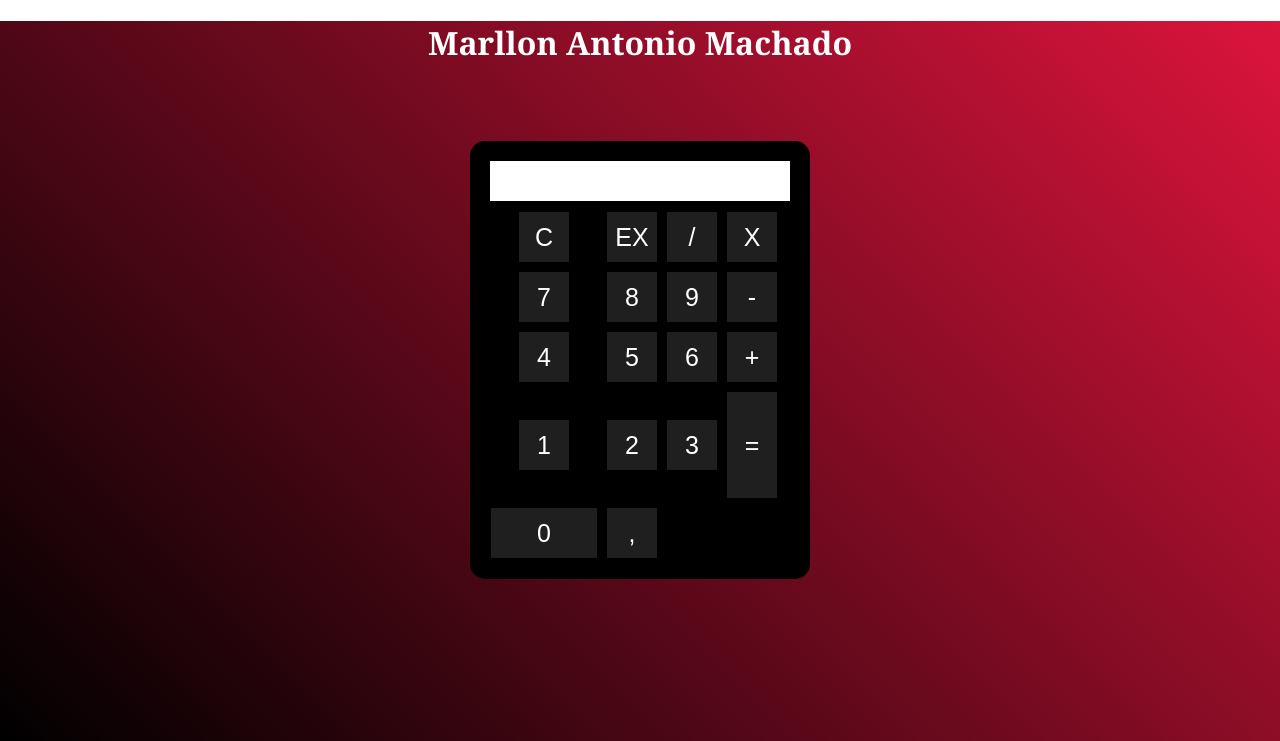
Repository: marllon-hetzler/calculadora.js
Page: interface.html
These files come from the project's save history. The page is drawn as it stood at one moment and after the next save; the edit follows.
The browser window is 1280 px wide. The pictures show the whole page.

Above is the page before, as saved 2022-11-04 19:55:47.

After the next save:
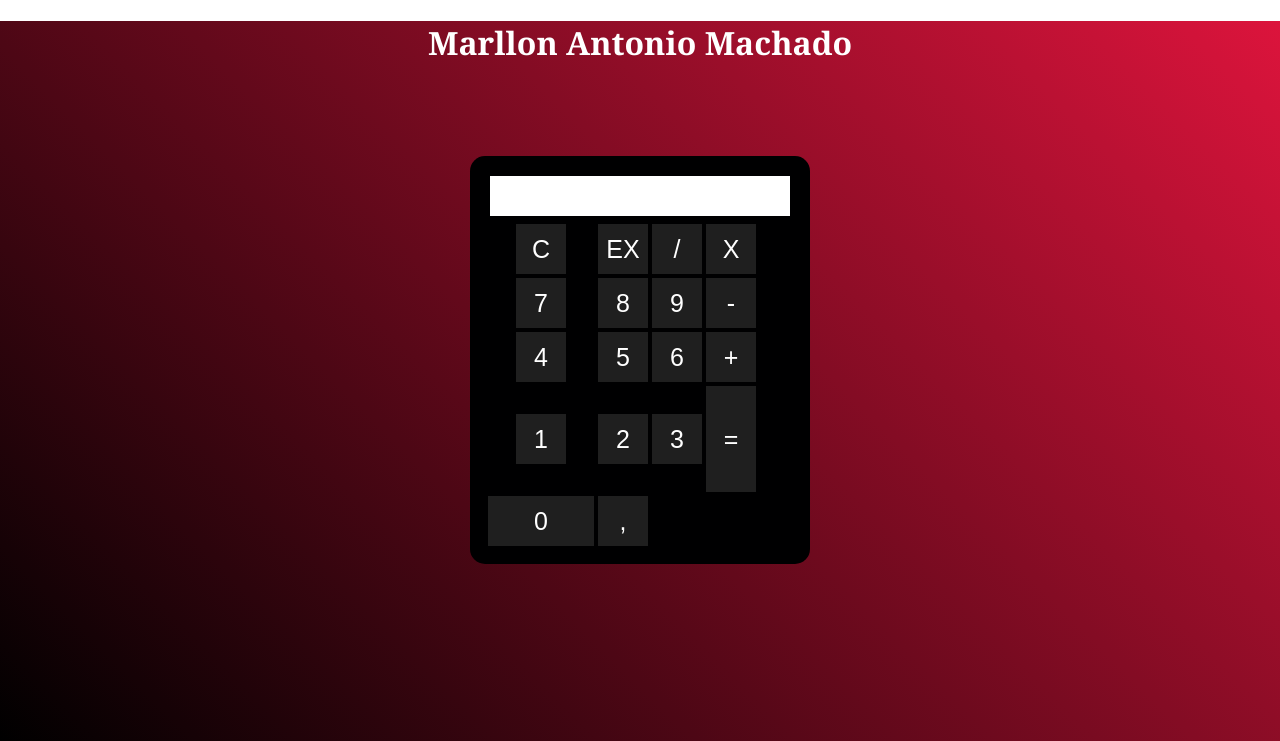
Saved 84 s later.
--- a/interface.html
+++ b/interface.html
@@ -40,7 +40,6 @@
             background-color: rgb(31,31,31) ;
             border: none;
             color:#fff;
-            margin: 3px;
 
             }
         .botao:hover{

After the save that followed:
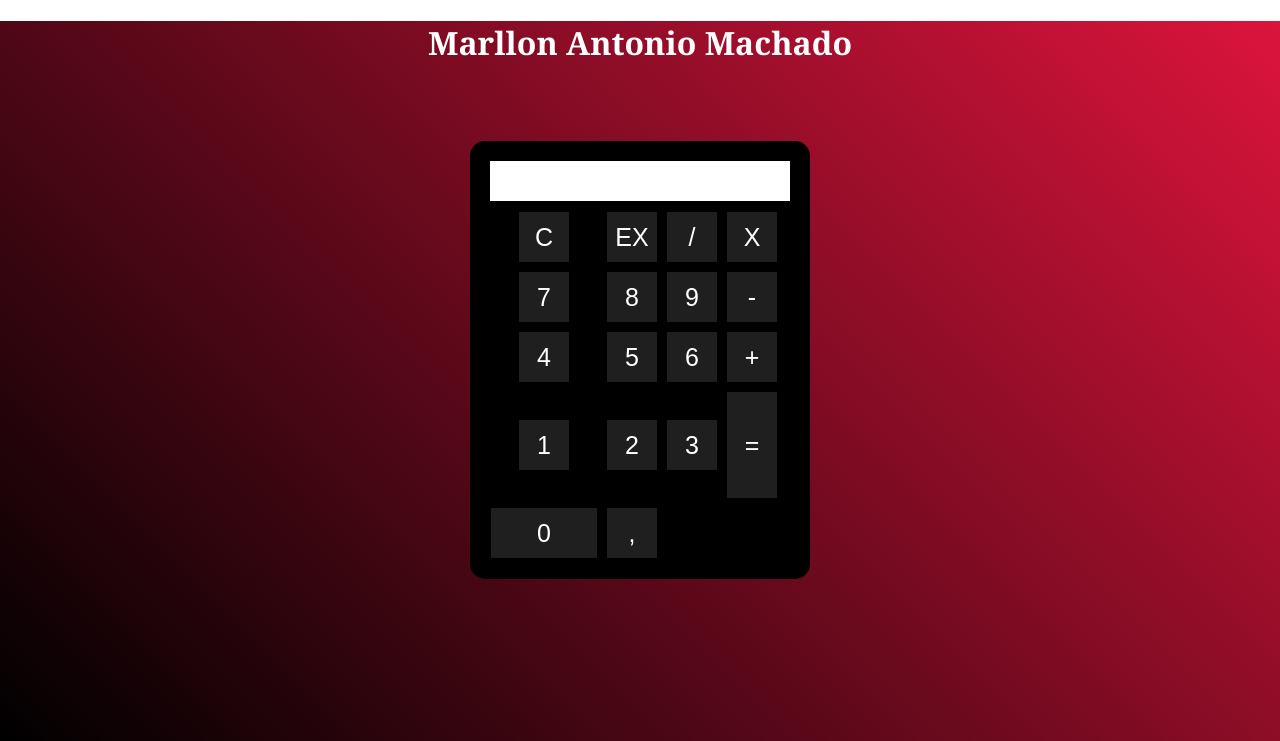
Saved 12 s later.
--- a/interface.html
+++ b/interface.html
@@ -40,6 +40,7 @@
             background-color: rgb(31,31,31) ;
             border: none;
             color:#fff;
+            margin: 3px;
 
             }
         .botao:hover{
